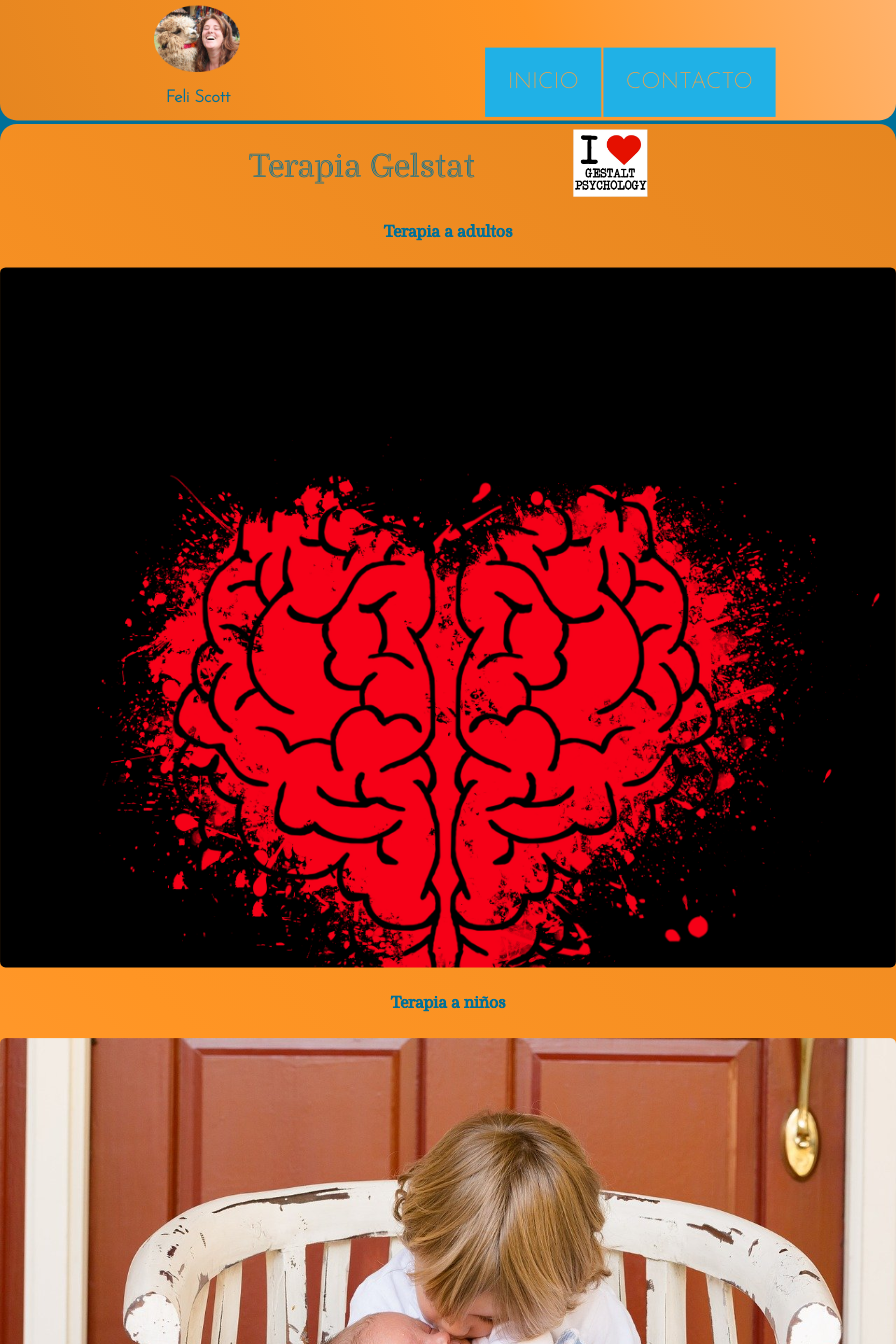
Repository: Jogalso/webPsicologa
Page: /
An editor plug-in stored every save of this project. The page is shown before and after the next save, followed by the edit.
The browser window is 1280 px wide. The pictures show the part of the page from y = 0 to 1920 px (the page is 5407 px tall), at 70% of full size.
Backgrounds fixed to the window are drawn as part of the page. The project was rebuilt for these pictures with package versions that can differ from the ones it lists, and the page was loaded fresh each time. Some packages were replaced by stand-ins written for this rebuild. The framework's server and built-in components were replaced by stand-ins that run in the browser.

Above is the page before, as saved 2021-07-14 13:50:25.

After the next save:
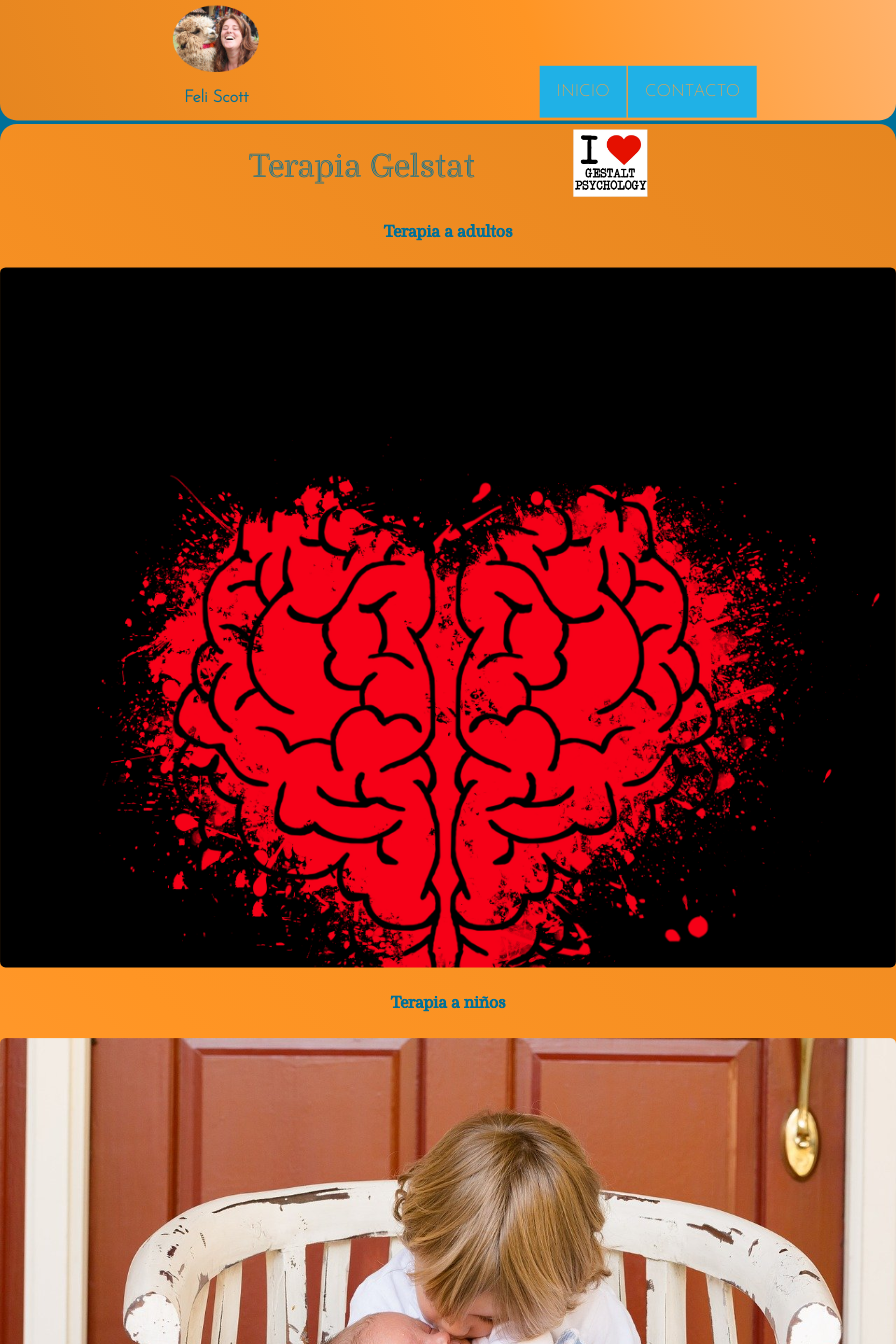
Saved 6 s later.
--- a/components/Header.jsx
+++ b/components/Header.jsx
@@ -50,7 +50,7 @@ export default function Header() {
                     }
                     .botones a{
                         color: #FFA13D;
-                        font-size: 2em;
+                        font-size: 1.5em;
                         border-color: #007099;
                         background-color: #20B1E6;
                         text-transform: uppercase;
